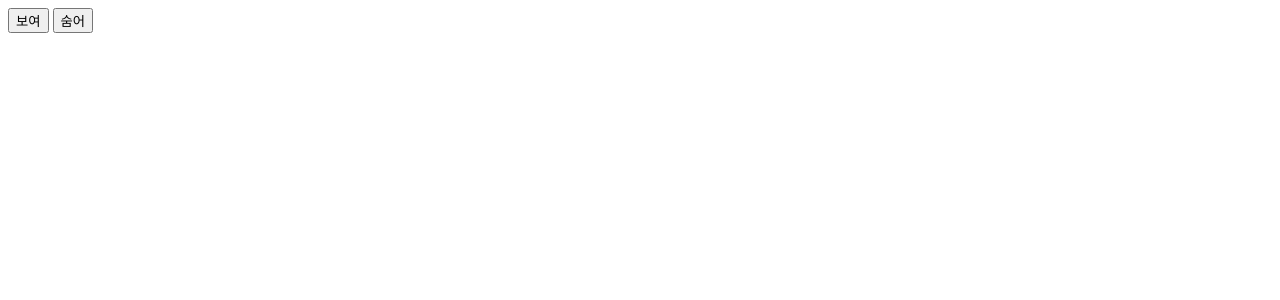
Repository: IreneCho/sk
Page: jqueryTest/WebContent/day13/q.html
An editor plug-in stored every save of this project. The page is shown before and after the next save, followed by the edit.
The browser window is 1280 px wide. The pictures show the whole page.
After loading, the first visible `button[onclick="fn1()"]` was clicked once.
Some web libraries are served in a nearby version.

Above is the page before, as saved 2016-08-16 03:25:33.
Console error: SyntaxError: missing ) after argument list

After the next save:
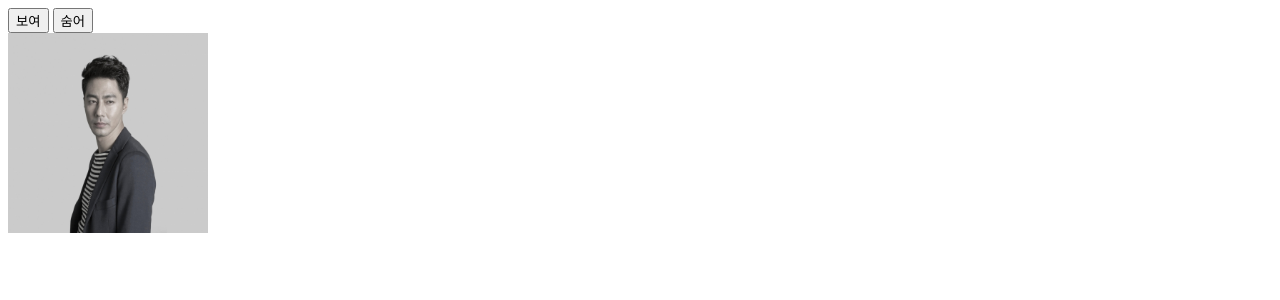
The error is gone.
Saved 28 s later.
--- a/jqueryTest/WebContent/day13/q.html
+++ b/jqueryTest/WebContent/day13/q.html
@@ -23,7 +23,7 @@
 	}
 
 	function fn1() {
-		$('img').show('100)' //"600"
+		$('img').show('100')
 	}
 </script>
 </html>
